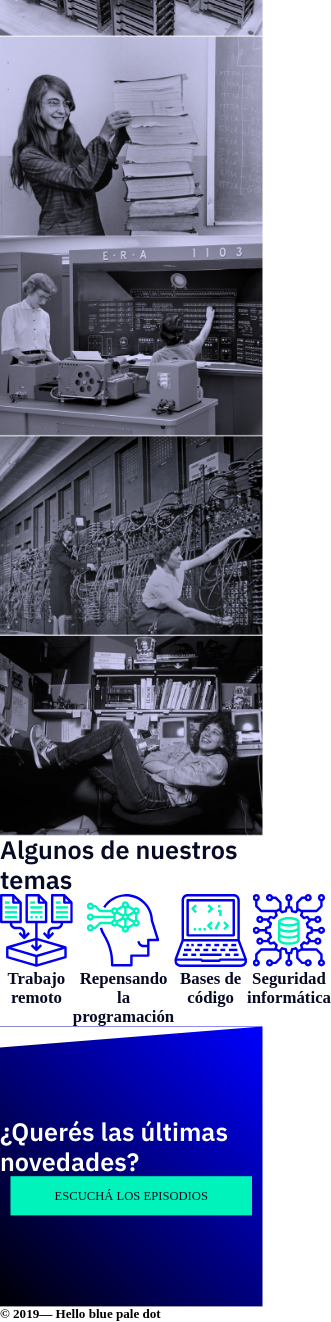
Repository: FedeGA93/podcast
Page: index.html
These files come from the project's save history. The page is drawn as it stood at one moment and after the next save; the edit follows.
The browser window is 375 px wide. The page is 473 px wide, then 375 px, so the pictures cover 473 px, including what lies to the right of the window. The pictures show the part of the page from y = 2855 to 5095 px (the page is 4744 px tall before and 5095 px after), at 70% of full size.
Some web libraries are served in a nearby version.

Above is the page before, as saved 2019-11-25 09:39:04.

### index.html
<!DOCTYPE html>
<html lang="es">

<head>
    <meta charset="UTF-8">
    <meta name="viewport" content="width=device-width, initial-scale=1.0">
    <meta http-equiv="X-UA-Compatible" content="ie=edge">
    <title>BlueDot</title>
    <link rel="stylesheet" href="styles/styles.css">
    <link href="https://fonts.googleapis.com/css?family=IBM+Plex+Mono|IBM+Plex+Sans:400,400i,500,600&display=swap"
        rel="stylesheet">
    <link rel="stylesheet" href="https://cdnjs.cloudflare.com/ajax/libs/font-awesome/5.11.2/css/all.css">
</head>

<body>
    <header>
        <div class="menu">
            <div>
                <img src="images/logo.svg" alt="Logo del podcast" class="responsive-logo">
            </div>
            <div>
                <nav>
                    <input type="checkbox" />
                    <span class="barras-negras-hamburger"></span>
                    <span class="barras-negras-hamburger"></span>
                    <span class="barras-negras-hamburger"></span>
                    <ul class="menu-child">
                        <li><a class="color-letras" href="#epi">EPISODIOS</a></li><br>
                        <li><a class="color-letras" href="#nos">NOSOTROS</a></li><br>
                        <li><a class="color-letras" href="#ent">ENTREVISTAS</a></li><br>
                        <li><a class="color-letras" href="#topi">TOPICOS</a></li><br>
                    </ul>
                </nav>
            </div>
        </div>
    </header>
    <main class="first-box">
        <div class="main-child">
            <h1>Hello <s>world</s> pale blue dot<strong class="strong-dot">.</strong></h1>
        </div>
        <div class="main-child">
            <p class="parrafos-general">El portal de podcasts que explora el mundo de la programación y <br> la
                tecnología.
                Nuevos episodios, todos los jueves cada 15 días.</p>
        </div>
        <div class="main-child">
            <article >
                <p><a class="btn cnmas"  href="#nos">CONOCÉ MÁS</a></p>
            </article>
        </div>
    </main>
    <section>

        <article class="fondo-azul-gradiente sec">
            <div class="corteuno"></div>
            <div class="cortedos"></div>

            <div>
                <p class="color-blanco pad" id="epi">Episodios</p>
            </div>

            <div class="flex-spotify">
                <iframe src="https://open.spotify.com/embed-podcast/show/2ySVrxGkN6n6frMTo9Nsrt" allowtransparency="true" frameborder="0" allow="encrypted-media"></iframe>


                <iframe src="https://open.spotify.com/embed-podcast/show/4kYCRYJ3yK5DQbP5tbfZby" allowtransparency="true" frameborder="0" allow="encrypted-media"></iframe>

                <iframe src="https://open.spotify.com/embed-podcast/episode/2VHYWRX1mHcZQS89y3z2Xv" frameborder="0" allowtransparency="true" allow="encrypted-media"></iframe>
                <iframe src="https://open.spotify.com/embed-podcast/show/2Iibd5A6R7mxkCm4NwNmUn" allowtransparency="true" frameborder="0" allow="encrypted-media"></iframe>
            </div>
    </section>
    <section>

        <div class="informacion">
            <article>
                <img src="images/phone.png" alt="El podcast en un telefono" class="phone">
            </article>
            <articleS>
                <h2 class="color-negro" id="nos">De dónde venimos</h2>

                <p class="parrafos-general limit-text">Our posturings, our imagined self-importance, the delusion that
                    we
                    have some
                    privileged position in the Universe, are challenged by this point of pale light. </p> <br>

                <p class="parrafos-general limit-text">
                    Our planet is a lonely speck in the great enveloping cosmic dark. In our obscurity, in all this
                    vastness, there is no hint that help will come from elsewhere to save us from ourselves.</p>

            </article>
        </div>

    </section>
    <section>
        <h2 class="color-negro paddie" id="ent">
            Invitadas/os Estelares
        </h2>

        <div class="photo-box">
            <img src="images/grace-hopper.png" alt="Foto de Grace Hopper" class="photos">
            <img src="images/Katie-Bouman.png" alt="Foto de Katie Bouman" class="photos">
            <img src="images/Margaret_Hamilton.png" alt="Margaret Hamilton" class="photos">
            <img src="images/computadora1950.png" alt="Una computadora del año 1950" class="photos">
            <img src="images/computadoraprogramable.png" alt="La primera computadora programable del mundo"
                class="photos">
            <img src="images/susan-kare.png" alt="Foto de Susan Kare" class="photos">

        </div>
    </section>
    <section>
        <h2 class="color-negro" id="topi">Algunos de nuestros temas</h2>
        <div>
            <section class="alineado">
                <article >
                    <img src="images/icon1.svg" alt="" class="theme-size">
                    <p class="temas">Trabajo remoto</p>
                </article>
                <article >
                    <img src="images/icon2.svg" alt="" class="theme-size">
                    <p class="temas">Repensando la programación</p>
                </article>

                <article >
                    <img src="images/icon3.svg" alt="" class="theme-size">
                    <p class="temas">Bases de código</p>
                </article>

                <article >
                    <img src="images/icon4.svg" alt="" class="theme-size">
                    <p class="temas">Seguridad informática</p>
                </article>
            </section>
        </div>
    </section>
    <section>
        <div class="fondo-azul-gradiente secfoot">
            <div class="corteuno"></div>
            <article>
                <h2 class="color-blanco">
                    ¿Querés las últimas novedades?
                </h2>
            </article>

            <article>
                <p> <a class="btn ele" href="#epi">ESCUCHÁ LOS EPISODIOS</a> </p>
            </article>

        </div>
    </section>

    <footer>
        <h3>© 2019— Hello blue pale dot </h3>
    </footer>
</body>

</html>

### styles/styles.css
* {
  margin: 0;
  padding: 0;
  border: 0;
  box-sizing: content-box;
}

.menu {
  display: flex;
  flex-flow: row;
  justify-content: space-between;
  padding: 22px 244px 120px 100px;
  position: static;
  top: 0;
  overflow: hidden;
}
.menu-child {
  display: flex;
  flex-flow: row wrap;
  text-decoration: none;
  list-style-type: none;
  justify-content: flex-end;
  text-indent: 20px;
}

.first-box {
  display: flex;
  flex-flow: column;
  padding: 0 13%;
}
.main-child {
  justify-content: center;
}
.color-letras:active {
  color: RGBA(6, 10, 36, 0.53);
}
.color-letras:hover {
  color: #00f3bb;
  text-decoration: line-through;
}
.color-letras {
  font-family: "IBM Plex Mono", monospace;
  font-size: 16px;
  color: #060a24;
  letter-spacing: 0;
  line-height: 28px;
  text-decoration: none;
}

h1 {
  font-family: "IBM Plex Sans", sans-serif;
  font-size: 64px;
  color: #060a24;
  letter-spacing: 0;
}
.strong-dot {
  font-family: "IBM Plex Sans", sans-serif;
  font-size: 64px;
  color: #0000ec;
  letter-spacing: 0;
}
.parrafos-general {
  font-family: "IBM Plex Mono", monospace;
  font-size: 16px;
  color: #060a24;
  letter-spacing: 0;
  line-height: 24px;
}

input {
  display: none;
}

.sec {
  position: relative;
  width: 100%;
  height: 115vh;
  overflow: hidden;
}
.secfoot {
  display: flex;
  justify-content: center;
  align-items: center;
  flex-direction: column;
  position: relative;
  width: 100%;
  height: 50vh;
  overflow: hidden;
}
.fondo-azul-gradiente {
  background-image: linear-gradient(225deg, #0000ff 0%, #000003 100%);
}

/* Cortes del fondo */

.corteuno {
  position: absolute;
  top: 0;
  left: 0;
  border-width: 0 0 8vw 100vw;
  border-style: solid;
  border-color: transparent #fff transparent;
}
.cortedos {
  position: absolute;
  bottom: 0;
  left: 0;
  border-width: 0 0 10vw 100vw;
  border-style: solid;
  border-color: transparent transparent #fff;
}

.color-blanco {
  font-family: 'IBM Plex Sans', sans-serif;
  font-size: 48px;
  color: #ffffff;
  letter-spacing: 0;
}.color-negro {
  font-family: "IBM Plex Sans", sans-serif;
  font-size: 48px;
  color: #060a24;
  letter-spacing: 0;
}
.informacion {
  display: flex;
  justify-content: flex-start;
  flex-direction: row;
  align-items: center;

}

.btn {
  display: flex;
  align-items: center;
  justify-content: center;
  background-color: #00f3bb;
  font-family: "IBMPlexMono", Medium;
  font-size: 18px;
  color: #060a24;
  letter-spacing: 0;
  text-align: center;
  line-height: 24px;
  text-decoration: none;
}
.btn:hover,
.btn:focus {
  background-image: linear-gradient(225deg, #0000fe 0%, #00f0b8 100%);
  color: #ffffff;

}
.cnmas{
  height: 56px;
  width: 226px;
}
.ele{
  width: 345px;
  height: 56px;

}

.flex {
  display: flex;
  flex-direction: row;
  flex-wrap: nowrap;
  justify-content: space-between;
}
.pad {
  padding:7% 12.76% 0;
}
.flex-spotify {
  display: flex;
  flex-flow: row wrap;
  padding: 2% 8% ;
}
.temas {
  font-family: "IBMPlexSans";
  font-weight: 600;
  font-size: 24px;
  color: #060a24;
  letter-spacing: 0;
  text-align: center;
}

.alineado {
  display: flex;
  flex-flow: row;
  justify-content: space-evenly;
  text-align: center;
}
.phone {
  position: relative;
  top: -311px;
  height: 660px;
  width: 457.6px;
  padding: 200px 64px 0 200px;
}
iframe {
  padding: 0 72px 72px 0;
  position: relative;
  z-index: 1;
  width:584px;
  height: 232px ;
}

.paddie {
  margin: -267px 0 36px 200px;
  z-index: 1;
}
.photos {
  width: 480px;
  height: 364px;
}
.photo-box {
  width:fit-content;
  display: grid;
  grid-template-columns: repeat(3, 0fr);
  grid-template-rows: repeat(2, 22vw);
}
.limit-text{
  width: 54%;
}
.theme-size{
  width: 104px;
  height: 104px;
}
/*
  ***************************************************
    ***********************************************
      ********************************************
        ****************************************
        *****************MOBILE*****************
        ****************************************
      ********************************************
     **********************************************
   **************************************************
 */

@media screen and (max-width: 600px) {
  * {
    margin: 0px;
    padding: 0;
    border: 0;
  }
  .barra-navegadora {
    display: none;
  }
  .menu{
    padding: 0px;
  }
  .seccion {
    width: 100%;
  }

  .responsive-logo {
    margin: 2.2% 87.5% 1.2% 2%;
  }
  .menu-child {
    display: none;
  }
  .menu-child:hover {
    display: block;
  }
  #burger {
    display: flex;
    justify-content: flex-end;
  }
  h1 {
    font-family: "IBM Plex Sans", sans-serif;
    font-size: 36px;
    color: #060a24;
    letter-spacing: 0;
    line-height: 42px;
  }

  p.parrafos-general {
    font-family: "IBM Plex Mono", monospace;
    font-size: 14px;
    color: #060a24;
    letter-spacing: 0;
    line-height: 22px;
  }
    h2.color-blanco {
    font-family: "IBM Plex Sans", sans-serif;
    font-size: 36px;
    color: #ffffff;
    letter-spacing: 0;
    line-height: 42px;
  }
  h2.color-negro {
    font-family: "IBM Plex Sans", sans-serif;
    font-size: 36px;
    color: #060a24;
    letter-spacing: 0;
    line-height: 42px;
  }
  .cnmas {
    height: 48px;
    width: 100%;
  }
  .barras-negras-hamburger {
    display: block;
    width: 33px;
    height: 4px;
    margin-bottom: 5px;
    position: relative;
    background: black;
    border-radius: 3px;
  }
  .sec{
    height: 138vh;
  }
  .phone{
    top:-60px;
    padding: 0;
    width: 360px;
    height: 519px;

  }
  .photo-box{
    grid-template-columns: repeat(1, 0);
    grid-template-rows: repeat(1, 16.5%);
  }
  .paddie{
    margin: 0;
  }
  .photos{
    height: auto;
    width: 100vw;
  }
  iframe{
    padding: 1%
  }
  .informacion{
    flex-direction: column;
  }
  .alineado
}
/*
  ***************************************************
    ***********************************************
      ********************************************
        ****************************************
         ***************TABLET*****************
        ****************************************
      ********************************************
     **********************************************
   **************************************************
 */

After the next save:
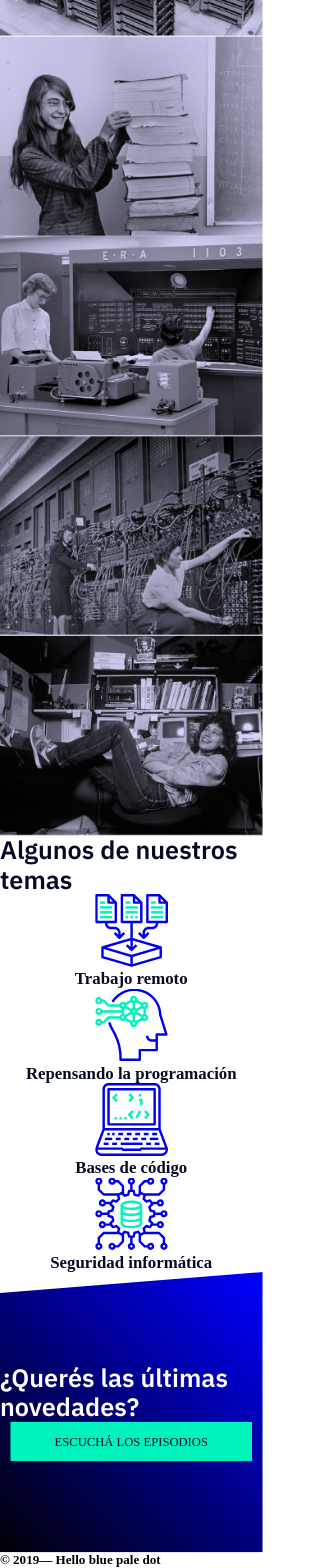
Saved 7 s later.
--- a/styles/styles.css
+++ b/styles/styles.css
@@ -333,7 +333,9 @@ iframe {
   .informacion{
     flex-direction: column;
   }
-  .alineado
+  .alineado{
+    flex-direction: column;
+  }
 }
 /*
   ***************************************************
